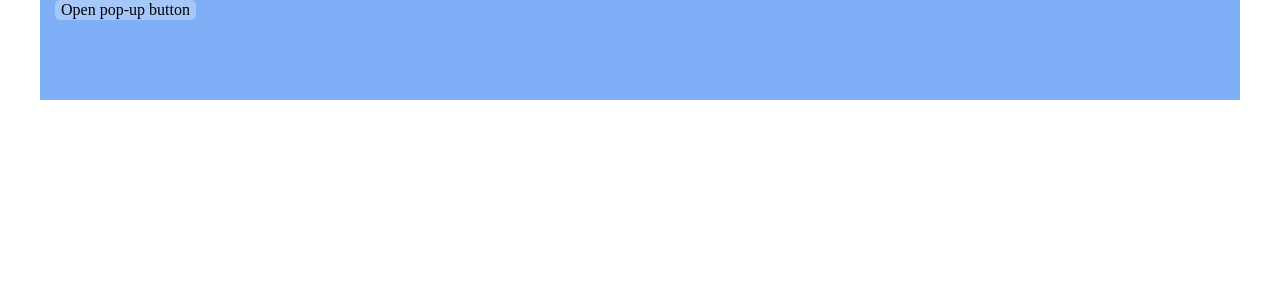
Repository: Evgenius190999999/nodasoft
Page: index.html
An editor plug-in stored every save of this project. The page is shown before and after the next save, followed by the edit.
The browser window is 1280 px wide. The pictures show the whole page.
Some web libraries are served in a nearby version. The style sheet was rebuilt from its Sass, Less or Tailwind sources for each picture, by a compiler version that may differ from the author's.

Above is the page before, as saved 2022-07-08 14:36:39.

After the next save:
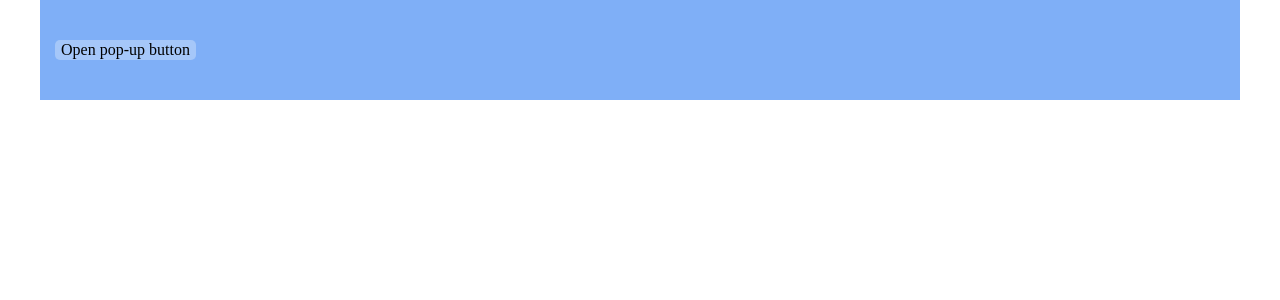
Saved 18 s later.
--- a/style/sass/style.sass
+++ b/style/sass/style.sass
@@ -3,6 +3,9 @@
     box-sizing: border-box
 
 .header
+    display: flex
+    align-items: center
+    justify-content: flex-start
     padding: 0 15px
     background: #7FAFF7
     height: 100px
